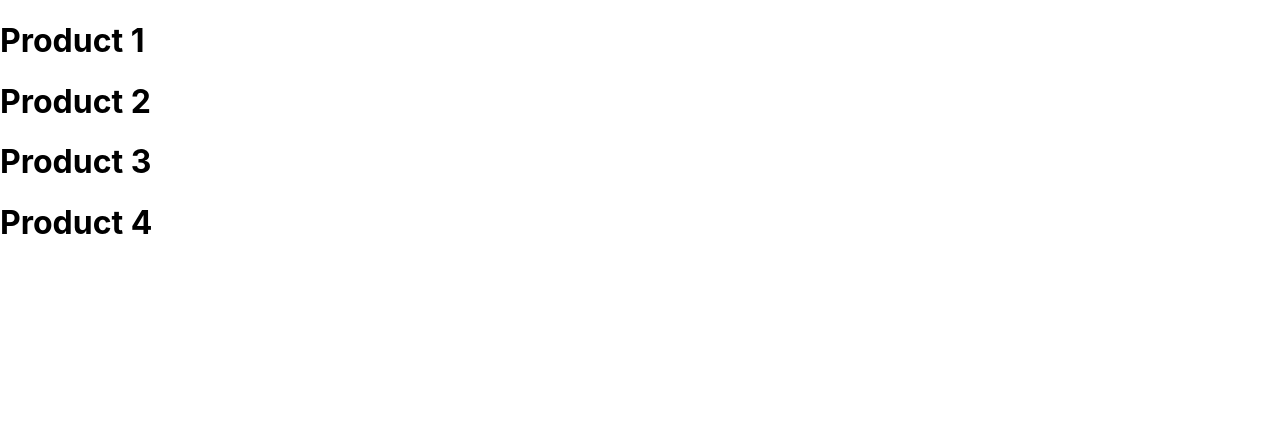
Repository: Imprasna/react-ecommerce
Page: /
The author's editor kept a copy of each file at every save. The page is drawn from the files as they stood at one save, then again after a run of saves.
The browser window is 1280 px wide. The pictures show the whole page.
Some web libraries are served in a nearby version. The project was rebuilt for these pictures with package versions that can differ from the ones it lists, and the page was loaded fresh each time. Also part of the build but not shown: src/App.css.

Above is the page before, as saved 2022-06-12 11:27:26.

### public/index.html
<!DOCTYPE html>
<html lang="en">
  <head>
    <meta charset="utf-8" />
    <link rel="icon" href="%PUBLIC_URL%/favicon.ico" />
    <meta name="viewport" content="width=device-width, initial-scale=1" />
    <meta name="theme-color" content="#000000" />
    <meta
      name="description"
      content="Web site created using create-react-app"
    />
    <link
    rel="stylesheet"
    href="https://pro.fontawesome.com/releases/v5.10.0/css/all.css"
    integrity="sha384-AYmEC3Yw5cVb3ZcuHtOA93w35dYTsvhLPVnYs9eStHfGJvOvKxVfELGroGkvsg+p"
    crossorigin="anonymous"
  />
    <link rel="apple-touch-icon" href="%PUBLIC_URL%/logo192.png" />
    <!--
      manifest.json provides metadata used when your web app is installed on a
      user's mobile device or desktop. See https://developers.google.com/web/fundamentals/web-app-manifest/
    -->
    <link rel="manifest" href="%PUBLIC_URL%/manifest.json" />
    <!--
      Notice the use of %PUBLIC_URL% in the tags above.
      It will be replaced with the URL of the `public` folder during the build.
      Only files inside the `public` folder can be referenced from the HTML.

      Unlike "/favicon.ico" or "favicon.ico", "%PUBLIC_URL%/favicon.ico" will
      work correctly both with client-side routing and a non-root public URL.
      Learn how to configure a non-root public URL by running `npm run build`.
    -->
    <title>React App</title>
  </head>
  <body>
    <noscript>You need to enable JavaScript to run this app.</noscript>
    <div id="root"></div>
    <!--
      This HTML file is a template.
      If you open it directly in the browser, you will see an empty page.

      You can add webfonts, meta tags, or analytics to this file.
      The build step will place the bundled scripts into the <body> tag.

      To begin the development, run `npm start` or `yarn start`.
      To create a production bundle, use `npm run build` or `yarn build`.
    -->
  </body>
</html>

### src/App.js

import './App.css';
import ListProducts from './components/products'

function App() {
  return (
    // <h1>Hello World</h1>
    <ListProducts/>
  );
}

export default App;

### src/components/products.js
import React from 'react';
import Products from '../products.json'

function products() {
  return (
    //   <h1>products</h1>
      Products.map(product =>
      {
          return (
              <div>
                 <h1> {product.name}</h1>
              </div>
          )
      })
  )
}

export default products

### src/products.json
[
	{
		"name": "Product 1",
		"price": 877,
		"availability": 3,
		"image": "https://picsum.photos/200/300"
	},
	{
		"name": "Product 2",
		"price": 500,
		"availability": 1,
		"image": "https://picsum.photos/200/300"
	},
	{
		"name": "Product 3",
		"price": 990,
		"availability": 2,
		"image": "https://picsum.photos/200/300"
	},
	{
		"name": "Product 4",
		"price": 1500,
		"availability": 0,
		"image": "https://picsum.photos/200/300"
	}
]

Loaded but not shown: src/index.js (common file); src/index.css (common file); src/reportWebVitals.js (common file)

After the next 6 saves:
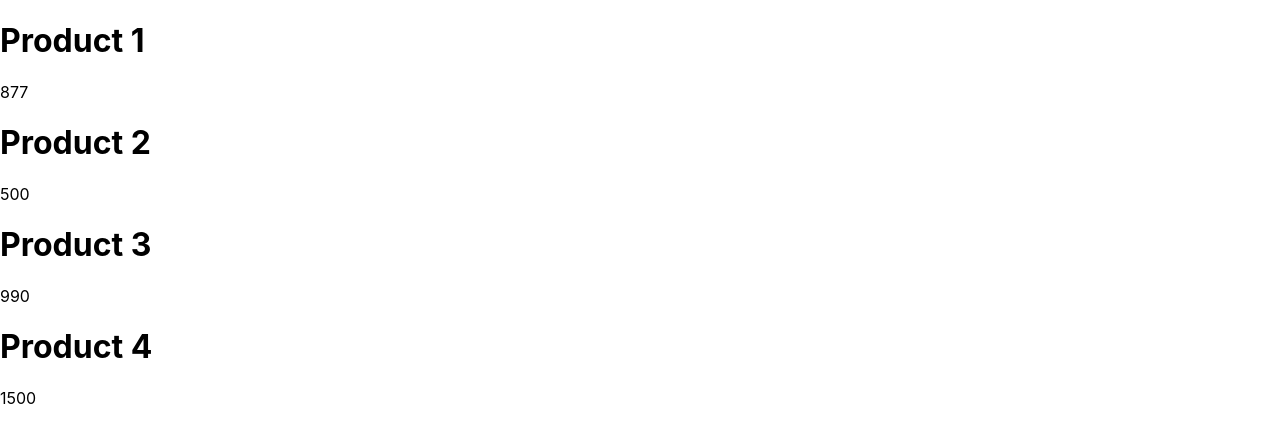
The 6 saves are shown as one change because 1 did not build or start and some came seconds apart.
The last was saved 29 s later.
--- a/src/components/products.js
+++ b/src/components/products.js
@@ -8,7 +8,10 @@ function products() {
       {
           return (
               <div>
-                 <h1> {product.name}</h1>
+                  <h1> {product.name}</h1>
+                  <div>
+                      {product.price}
+                  </div>
               </div>
           )
       })
